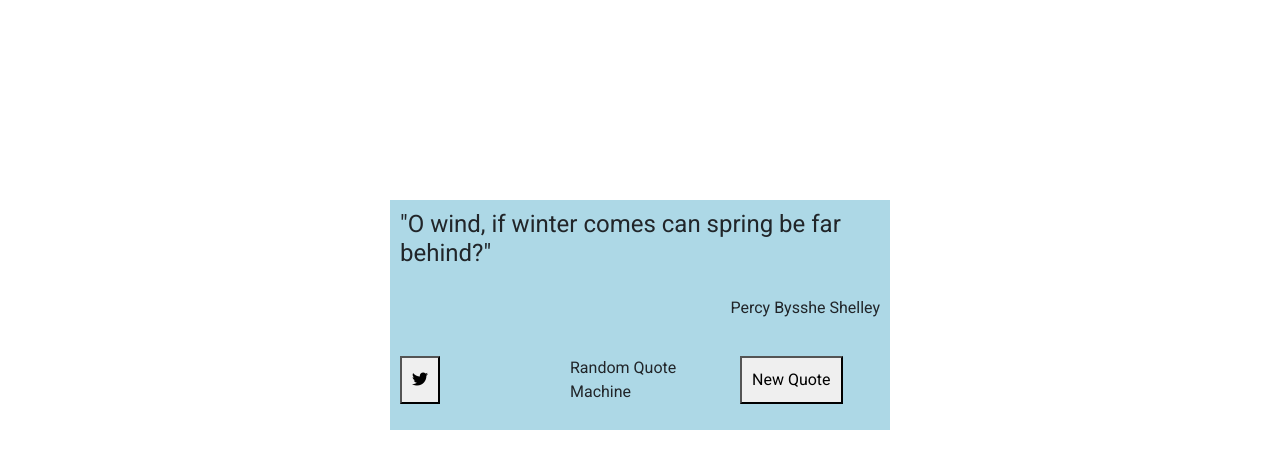
Repository: derektypist/random-quote-machine
Page: index.html
The author's editor kept a record of every edit. The page is drawn from the files as they stood at one moment, then again after the next edit.
The browser window is 1280 px wide. The pictures show the whole page.
Some web libraries are served in a nearby version.

Above is the page before.

After the next edit:
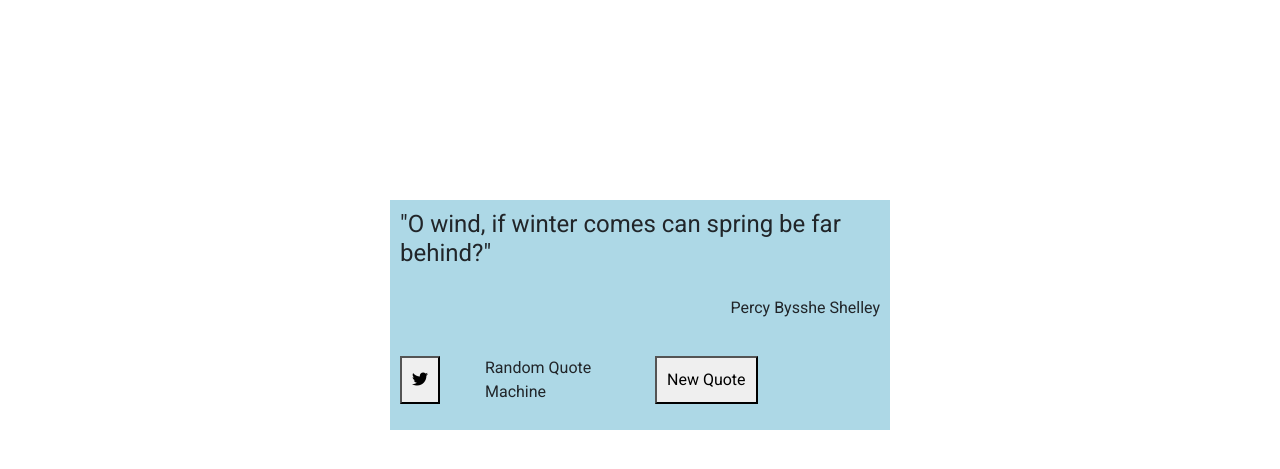
The edit:
--- a/index.html
+++ b/index.html
@@ -131,7 +131,7 @@
         </article>
         <!-- Set Up Row -->
         <article class="row" id="my-buttons">
-            <article class="col-sm-4" id="tweet-quote">
+            <article class="col-sm-2" id="tweet-quote">
             </article>
 
             <article class="col-sm-4">
